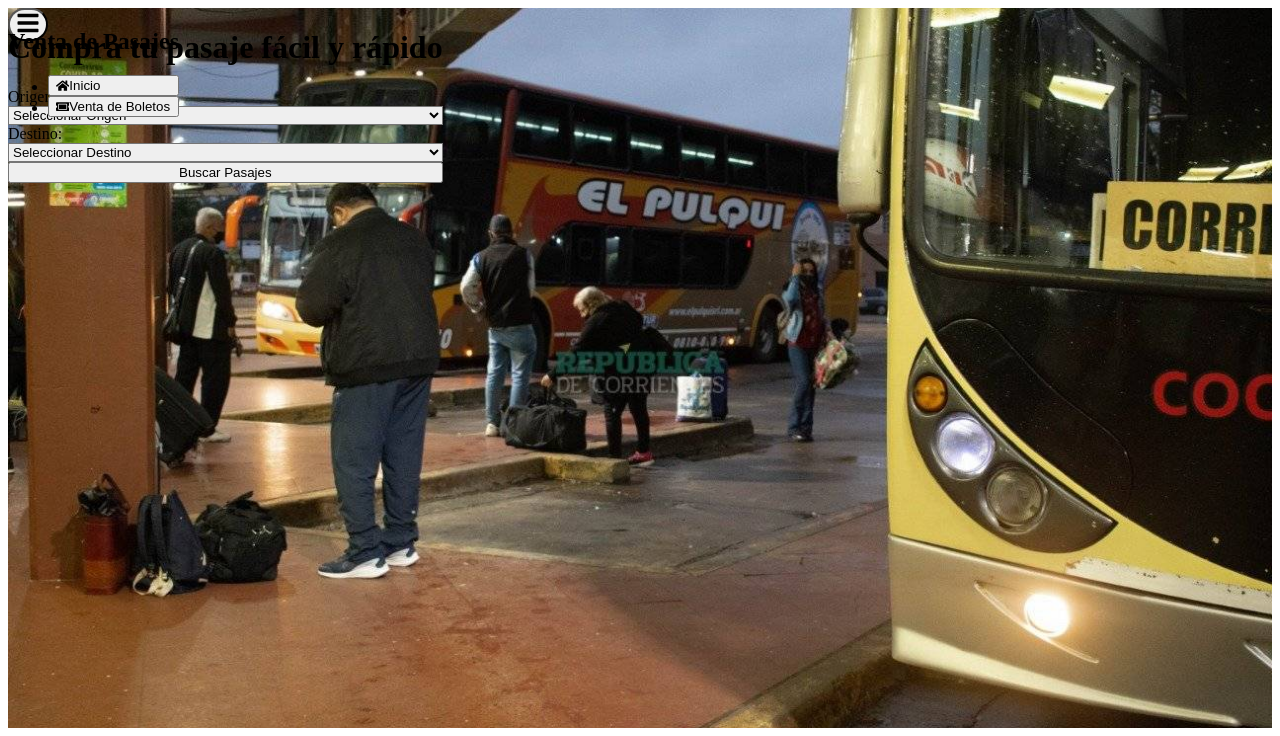
Repository: francoluca35/ventaboletos
Page: /ventaboleto
An editor plug-in stored every save of this project. The page is shown before and after the next save, followed by the edit.
The browser window is 1280 px wide. The pictures show the whole page.
The page's requests for data from a server got no answer. The project was rebuilt for these pictures with package versions that can differ from the ones it lists, and the page was loaded fresh each time. The framework's server and built-in components were replaced by stand-ins that run in the browser. No one was signed in, and anything a server would have sent is missing. Also part of the build but not shown: next.config.mjs.

Above is the page before, as saved 2025-03-17 16:27:48.

After the next save:
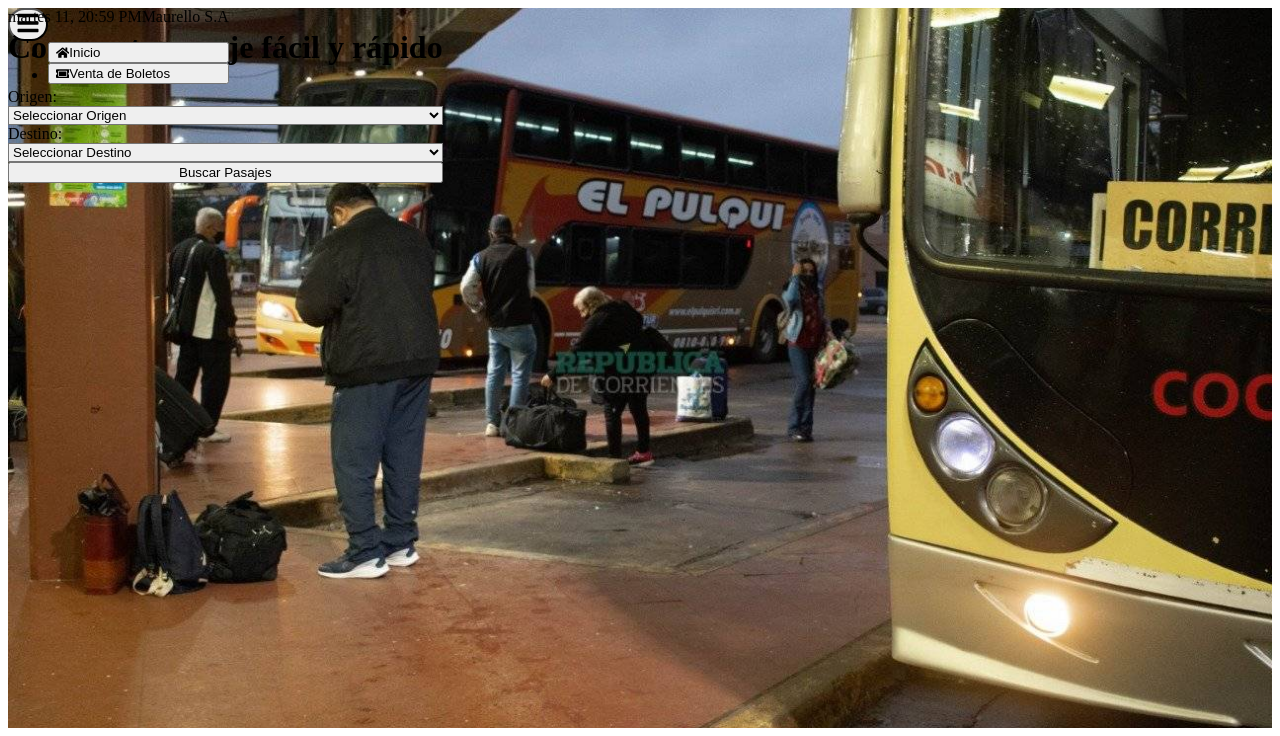
Saved 6 min 32 s later.
--- a/src/app/components/Sidebar.js
+++ b/src/app/components/Sidebar.js
@@ -1,42 +1,65 @@
 "use client";
-import { useState } from "react";
+import { useState, useEffect } from "react";
 import { useRouter } from "next/navigation";
 import { FaBars, FaTimes, FaHome, FaTicketAlt } from "react-icons/fa";
 
 const Sidebar = () => {
   const [isOpen, setIsOpen] = useState(false);
-  const router = useRouter();  // Asegurar la importación correcta
+  const [time, setTime] = useState(new Date());
+  const router = useRouter();
+
+  // Actualizar la hora cada segundo
+  useEffect(() => {
+    const interval = setInterval(() => {
+      setTime(new Date());
+    }, 1000);
+    return () => clearInterval(interval);
+  }, []);
+
+  // Formatear la hora
+  const formatTime = (date) => {
+    return date.toLocaleTimeString("es-ES", { hour: "2-digit", minute: "2-digit" });
+  };
+
+  const formatDate = (date) => {
+    return date.toLocaleDateString("es-ES", { weekday: "long", day: "numeric" });
+  };
 
   const handleNavigation = (path) => {
     setIsOpen(false);
-    window.location.href = path; // Redirige de manera forzada
+    router.push(path);
   };
 
-
   return (
-    <div className="flex z-50">
-      {/* Botón para abrir/cerrar */}
+    <div>
+      {/* Botón para abrir/cerrar Sidebar */}
       <button
         onClick={() => setIsOpen(!isOpen)}
-        className="fixed top-4 left-4 z-50 text-white bg-blue-600 p-2 rounded-full"
+        className="fixed top-4 left-4 z-50 text-white bg-red-600 p-3 rounded-full"
       >
         {isOpen ? <FaTimes size={24} /> : <FaBars size={24} />}
       </button>
 
       {/* Sidebar */}
       <div
-        className={`z-50 fixed top-0 left-0 h-full w-64 bg-blue-800 text-white transition-transform ${
+        className={`fixed top-0 left-0 h-full w-64 bg-gray-300 text-black shadow-lg transition-transform ${
           isOpen ? "translate-x-0" : "-translate-x-64"
-        }`}
+        } z-50`}
       >
-        <h2 className="text-xl font-bold p-4">Venta de Pasajes</h2>
+        {/* Header del Sidebar */}
+        <div className="bg-gray-400 p-4 flex justify-between items-center">
+          <span className="text-lg font-bold">{formatDate(time)}, {formatTime(time)} PM</span>
+          <span className="font-semibold">Maurello S.A</span>
+        </div>
+
+        {/* Opciones de Navegación */}
         <ul className="mt-4 space-y-4">
-          <li className="px-4 py-2 hover:bg-blue-700">
+          <li className="px-4 py-2 hover:bg-gray-500 cursor-pointer">
             <button onClick={() => handleNavigation("/")} className="flex items-center gap-2 w-full text-left">
               <FaHome /> Inicio
             </button>
           </li>
-          <li className="px-4 py-2 hover:bg-blue-700">
+          <li className="px-4 py-2 hover:bg-gray-500 cursor-pointer">
             <button onClick={() => handleNavigation("/ventaboleto")} className="flex items-center gap-2 w-full text-left">
               <FaTicketAlt /> Venta de Boletos
             </button>
